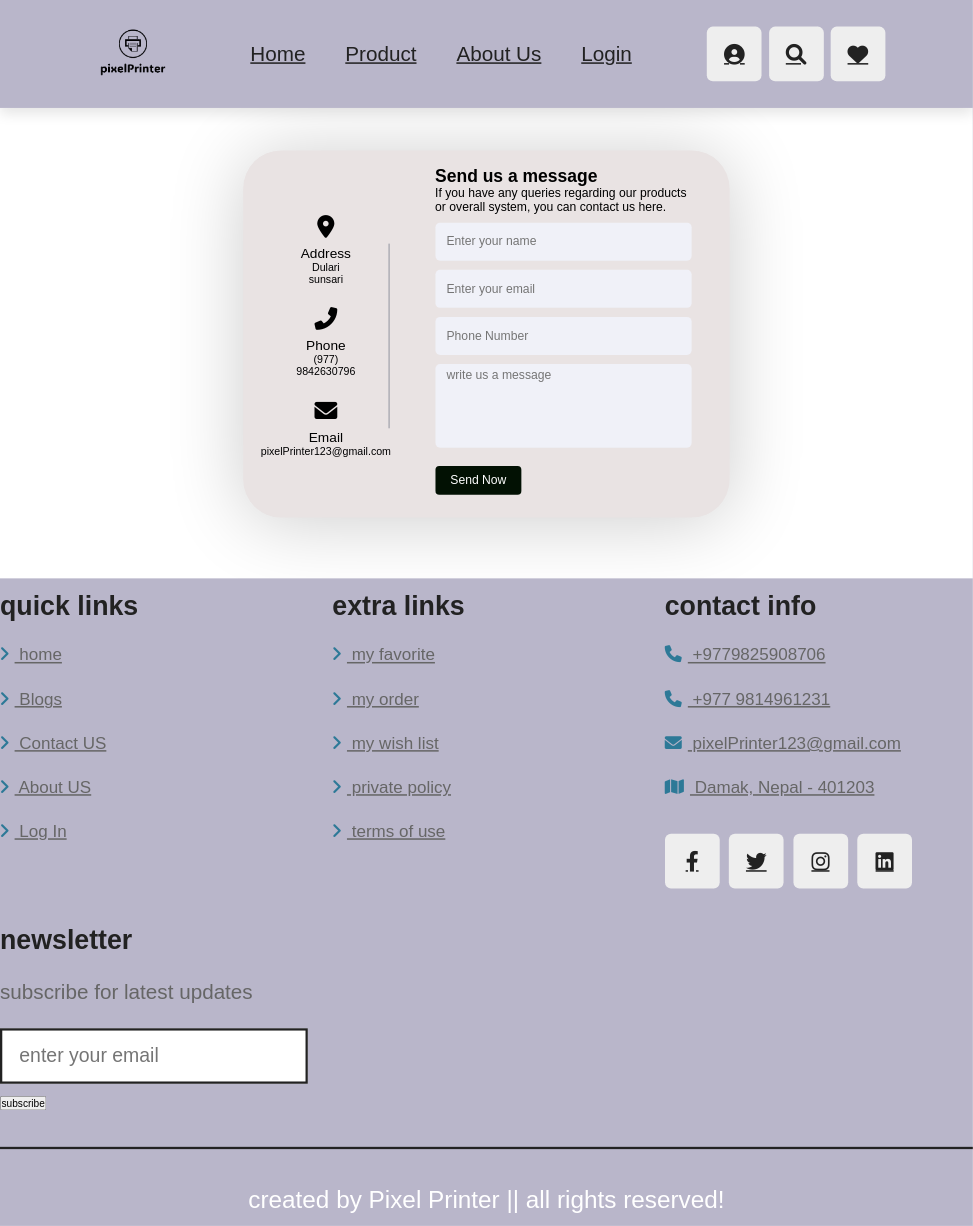
Repository: kritikakittu06/Ecommerce
Page: http://localhost/PixlePrinter/pages/Contact.jsp
An editor plug-in stored every save of this project. The page is shown before and after the next save, followed by the edit.
The browser window is 1280 px wide. The pictures show the whole page, at 76% of full size.
The page is served by Tomcat 9.

Above is the page before, as saved 2024-04-15 10:06:04.

After the next save:
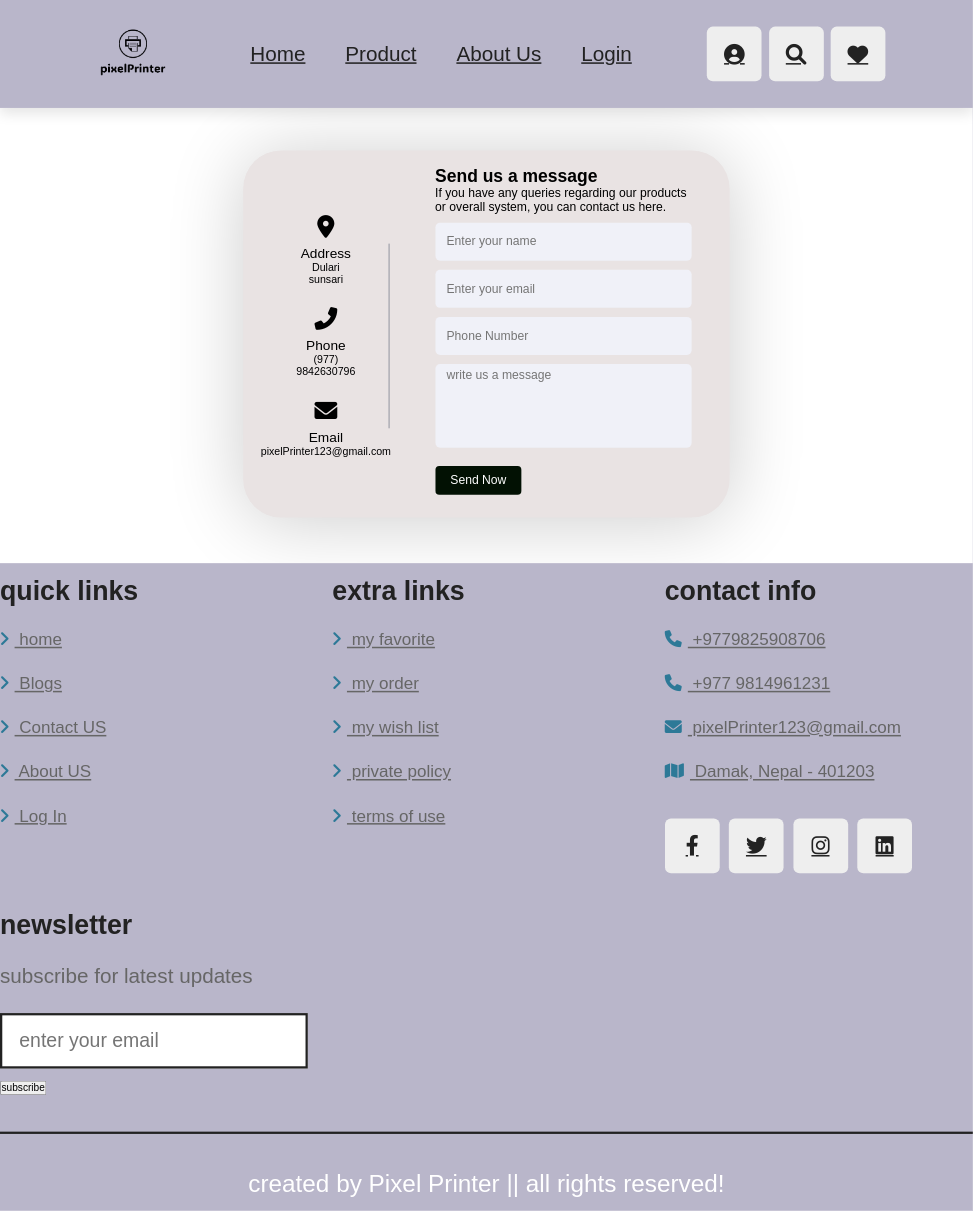
Saved 11 s later.
--- a/PixlePrinter/src/main/webapp/css/Contact.css
+++ b/PixlePrinter/src/main/webapp/css/Contact.css
@@ -207,7 +207,7 @@
 
 .footer{
     background:#b9b6ca;
-    margin-top: 80px;
+    margin-top: 60px;
 }
 
 .footer .box-container{
